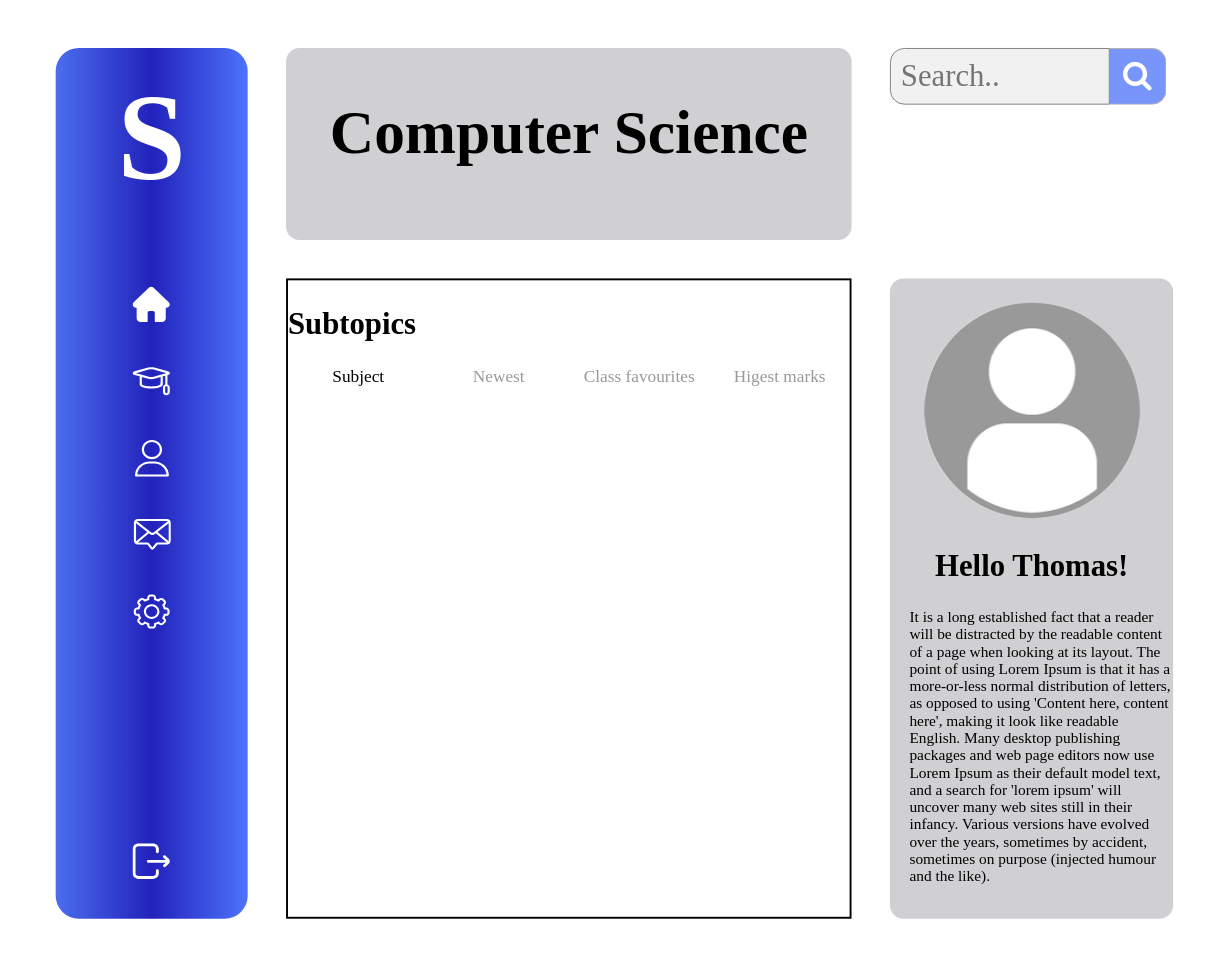
Repository: rafalzacher1/smartify-interface
Page: topics.html
An editor plug-in stored every save of this project. The page is shown before and after a run of saves, followed by the edit.
The browser window is 1280 px wide. The pictures show the whole page, at 96% of full size.
Some web fonts or font styles are not loaded; a fallback is used.

Above is the page before, as saved 2022-06-30 17:55:54.

### topics.html
<!DOCTYPE html>
<html lang="en">

<head>
    <link rel="stylesheet" href="./styles/home.css">
    <link rel="stylesheet" href="./styles/navigation.css">
    <link rel="stylesheet" href="./styles/search.css">
    <link rel="stylesheet" href="./styles/topics.css">
    <link rel="stylesheet" href="./styles/topic-header.css">
    <link rel="stylesheet" href="./styles/topic-teacher.css">
    <link rel="stylesheet" href="https://cdnjs.cloudflare.com/ajax/libs/font-awesome/4.7.0/css/font-awesome.min.css">
    <link href='https://fonts.googleapis.com/css?family=Baloo Bhai' rel='stylesheet'>
</head>

<body>
    <div id="main-container">
        <div id="navigation-container">
            <h1>S</h1>

            <nav id="navigation-options">
                <svg width="27" height="25" viewBox="0 0 27 25" fill="none" xmlns="http://www.w3.org/2000/svg"
                    onclick="document.location='./index.html'">
                    <path
                        d="M25.5018 10.9867C25.5012 10.9862 25.5006 10.9856 25.5 10.985L14.8668 0.890976C14.4135 0.460518 13.8109 0.223389 13.17 0.223389C12.529 0.223389 11.9264 0.460329 11.473 0.890787L0.845318 10.9797C0.841738 10.9831 0.838158 10.9867 0.834579 10.9901C-0.0961545 11.8788 -0.0945635 13.3206 0.839153 14.207C1.26574 14.6122 1.82915 14.8469 2.43154 14.8714C2.456 14.8737 2.48066 14.8748 2.50552 14.8748H2.92932V22.3034C2.92932 23.7734 4.1892 24.9694 5.73803 24.9694H9.89809C10.3197 24.9694 10.6618 24.6449 10.6618 24.2444V18.4204C10.6618 17.7496 11.2365 17.204 11.9431 17.204H14.3968C15.1034 17.204 15.6782 17.7496 15.6782 18.4204V24.2444C15.6782 24.6449 16.02 24.9694 16.4419 24.9694H20.6019C22.1508 24.9694 23.4106 23.7734 23.4106 22.3034V14.8748H23.8036C24.4444 14.8748 25.047 14.6379 25.5006 14.2074C26.4353 13.3195 26.4357 11.8752 25.5018 10.9867V10.9867Z"
                        fill="white" />
                </svg>

                <svg width="29" height="22" viewBox="0 0 29 22" fill="none" xmlns="http://www.w3.org/2000/svg">
                    <path
                        d="M26.4228 13.5237V6.40629L26.734 6.31764C27.9305 5.97676 28.1816 5.39965 28.1816 4.97552C28.1816 4.55139 27.9304 3.97428 26.734 3.63356L16.4958 0.717713C15.8653 0.538127 15.0388 0.43924 14.1689 0.43924C13.299 0.43924 12.4726 0.538127 11.8419 0.717713L1.60382 3.63356C0.407257 3.97428 0.156067 4.55139 0.156067 4.97557C0.156067 5.3997 0.407202 5.97686 1.60376 6.31769L5.43281 7.4082V13.2841C5.43281 14.0138 5.93239 15.0416 8.31243 15.7947C9.88887 16.2936 11.9687 16.5683 14.1688 16.5683C16.3689 16.5683 18.4487 16.2936 20.0252 15.7947C22.4053 15.0415 22.9049 14.0138 22.9049 13.2841V7.40825L24.7806 6.87402V13.5237C23.7595 13.8501 23.0217 14.767 23.0217 15.8451V19.1846C23.0217 20.5351 24.179 21.6338 25.6017 21.6338C27.0242 21.6338 28.1816 20.5351 28.1816 19.1846V15.8451C28.1817 14.767 27.4439 13.8501 26.4228 13.5237ZM12.3137 2.21089C12.7886 2.07563 13.4647 1.9981 14.1689 1.9981C14.873 1.9981 15.5492 2.07563 16.024 2.21084L25.7315 4.97557L21.8438 6.08282C21.8416 6.08349 21.8394 6.08406 21.8372 6.08474L16.024 7.74036C15.5493 7.87556 14.8731 7.95309 14.169 7.95309C13.4649 7.95309 12.7886 7.87556 12.3138 7.74036L6.50073 6.08474C6.49849 6.08406 6.4963 6.08349 6.49405 6.08282L2.60639 4.97557L12.3137 2.21089ZM21.2629 11.2372C21.2629 13.3846 20.9647 13.8541 19.506 14.3157C18.0926 14.763 16.1971 15.0093 14.1689 15.0093C12.1406 15.0093 10.2452 14.763 8.83178 14.3157C7.37313 13.8541 7.07493 13.3845 7.07493 13.2841V7.87582L11.842 9.23348C12.4726 9.41307 13.299 9.51196 14.1689 9.51196C15.0388 9.51196 15.8652 9.41307 16.4959 9.23348L21.2629 7.87582V11.2372ZM26.5395 19.1845C26.5395 19.6754 26.1188 20.0748 25.6017 20.0748C25.0846 20.0748 24.6639 19.6755 24.6639 19.1845V15.845C24.6639 15.3541 25.0846 14.9546 25.6017 14.9546C26.1189 14.9546 26.5395 15.3541 26.5395 15.845V19.1845Z"
                        fill="white" />
                </svg>

                <svg width="24" height="26" viewBox="0 0 24 26" fill="none" xmlns="http://www.w3.org/2000/svg">
                    <path
                        d="M12.1698 0.827911C8.37379 0.827911 5.28546 3.75975 5.28546 7.36343C5.28546 10.9671 8.37379 13.899 12.1698 13.899C15.9659 13.899 19.0542 10.9671 19.0542 7.36343C19.0542 3.75975 15.9659 0.827911 12.1698 0.827911ZM12.1698 12.4466C9.21735 12.4466 6.81532 10.1663 6.81532 7.36343C6.81532 4.56057 9.21735 2.28025 12.1698 2.28025C15.1223 2.28025 17.5243 4.56057 17.5243 7.36343C17.5243 10.1663 15.1223 12.4466 12.1698 12.4466Z"
                        fill="white" />
                    <path
                        d="M20.7353 18.1686C18.8505 16.3518 16.3519 15.3513 13.6997 15.3513H10.64C7.98784 15.3513 5.48917 16.3518 3.60439 18.1686C1.72883 19.9765 0.695923 22.3628 0.695923 24.8883C0.695923 25.2894 1.03841 25.6145 1.46085 25.6145H22.8789C23.3013 25.6145 23.6438 25.2894 23.6438 24.8883C23.6438 22.3628 22.6109 19.9765 20.7353 18.1686ZM2.25944 24.1621C2.64267 20.043 6.25497 16.8036 10.64 16.8036H13.6997C18.0848 16.8036 21.6971 20.043 22.0803 24.1621H2.25944Z"
                        fill="white" />
                </svg>


                <svg width="27" height="23" viewBox="0 0 27 23" fill="none" xmlns="http://www.w3.org/2000/svg">
                    <path
                        d="M24.1913 0.381134H3.77551C2.23533 0.381134 0.9823 1.57067 0.9823 3.0328V15.7608C0.9823 17.223 2.23533 18.4125 3.77551 18.4125H10.353C10.4332 18.4125 10.5096 18.4491 10.5573 18.5105L12.957 21.5991C13.1975 21.9087 13.5678 22.0872 13.9729 22.089H13.979C14.3819 22.089 14.7514 21.9139 14.9937 21.608L17.4479 18.5087C17.4956 18.4484 17.5715 18.4124 17.6509 18.4124H24.1913C25.7315 18.4124 26.9845 17.2229 26.9845 15.7608V3.03276C26.9845 1.57063 25.7315 0.381134 24.1913 0.381134ZM25.4609 15.7608C25.4609 15.8747 25.4439 15.9848 25.4127 16.0892L17.5863 9.57636L25.4609 3.37251V15.7608ZM24.1913 1.8275C24.4235 1.8275 24.6413 1.88728 24.8287 1.99108L14.7964 9.8948C14.3265 10.265 13.6446 10.265 13.1747 9.8948L3.14064 1.98969C3.32753 1.88675 3.54433 1.8275 3.77551 1.8275H24.1913ZM2.55416 16.0892C2.52293 15.9848 2.50587 15.8747 2.50587 15.7608V3.36913L10.3826 9.57457L2.55416 16.0892ZM16.2301 17.6396L13.9808 20.4801L11.7834 17.6519C11.4498 17.2225 10.915 16.9661 10.3529 16.9661H3.81172L11.5698 10.5099L12.2017 11.0078C12.7186 11.415 13.3519 11.6185 13.9855 11.6185C14.6189 11.6185 15.2525 11.4148 15.7693 11.0078L16.399 10.5117L24.155 16.9661H17.6509C17.0952 16.9661 16.5641 17.2178 16.2301 17.6396Z"
                        fill="white" />
                </svg>

                <svg width="28" height="25" viewBox="0 0 28 25" fill="none" xmlns="http://www.w3.org/2000/svg">
                    <path
                        d="M14.8013 24.9227H13.1654C11.8422 24.9227 10.7657 23.9008 10.7657 22.6447V22.1193C10.2032 21.9486 9.65665 21.7333 9.13159 21.4753L8.73937 21.8477C7.7894 22.7506 6.2677 22.7241 5.34533 21.8473L4.18907 20.7497C3.26507 19.8735 3.23849 18.4294 4.18937 17.5277L4.58129 17.1556C4.30958 16.6571 4.08276 16.1384 3.90299 15.6043H3.34958C2.02648 15.6043 0.949951 14.5823 0.949951 13.3262V11.7731C0.949951 10.517 2.02648 9.4951 3.34963 9.4951H3.90304C4.08281 8.96103 4.30963 8.44223 4.58134 7.94378L4.18912 7.57148C3.2388 6.67028 3.26502 5.22602 4.18942 4.34942L5.34579 3.2517C6.2703 2.37283 7.79164 2.35089 8.73978 3.25199L9.13165 3.624C9.6567 3.3661 10.2032 3.15073 10.7658 2.98007V2.4547C10.7658 1.1986 11.8422 0.176666 13.1654 0.176666H14.8014C16.1245 0.176666 17.201 1.1986 17.201 2.4547V2.98012C17.7636 3.15073 18.3101 3.3661 18.8351 3.62405L19.2274 3.2517C20.1773 2.34876 21.699 2.37525 22.6214 3.25204L23.7777 4.34966C24.7017 5.22587 24.7283 6.66999 23.7774 7.57172L23.3854 7.94378C23.6572 8.44223 23.884 8.96098 24.0637 9.4951H24.6172C25.9403 9.4951 27.0168 10.517 27.0168 11.7731V13.3262C27.0168 14.5823 25.9403 15.6043 24.6172 15.6043H24.0637C23.884 16.1383 23.6572 16.6571 23.3854 17.1556L23.7777 17.5279C24.728 18.4291 24.7018 19.8734 23.7774 20.75L22.621 21.8477C21.6965 22.7266 20.1751 22.7485 19.227 21.8474L18.8351 21.4754C18.3101 21.7333 17.7636 21.9487 17.201 22.1193V22.6448C17.201 23.9008 16.1245 24.9227 14.8013 24.9227V24.9227ZM9.38692 19.9527C10.1163 20.3622 10.9014 20.6716 11.7203 20.8722C12.0575 20.9548 12.2931 21.2436 12.2931 21.5742V22.6447C12.2931 23.1013 12.6845 23.4727 13.1654 23.4727H14.8014C15.2824 23.4727 15.6737 23.1013 15.6737 22.6447V21.5742C15.6737 21.2436 15.9093 20.9548 16.2466 20.8722C17.0655 20.6716 17.8505 20.3622 18.5799 19.9527C18.8801 19.7842 19.2621 19.8301 19.5087 20.0641L20.3074 20.8224C20.6518 21.1497 21.2048 21.1421 21.5407 20.8227L22.6978 19.7243C23.0329 19.4066 23.0441 18.8815 22.6981 18.5535L21.899 17.7949C21.6525 17.5609 21.6042 17.1981 21.7817 16.9133C22.213 16.2208 22.5389 15.4756 22.7502 14.6981C22.8373 14.378 23.1414 14.1544 23.4897 14.1544H24.6172C25.0982 14.1544 25.4895 13.7829 25.4895 13.3263V11.7732C25.4895 11.3166 25.0982 10.9451 24.6172 10.9451H23.4897C23.1414 10.9451 22.8373 10.7214 22.7502 10.4013C22.5389 9.6239 22.213 8.87862 21.7817 8.18622C21.6042 7.90135 21.6525 7.53857 21.899 7.30454L22.6978 6.54626C23.0431 6.21886 23.0341 5.69397 22.6981 5.37541L21.5411 4.27707C21.2058 3.95827 20.6527 3.94894 20.3078 4.27678L19.5088 5.03535C19.2622 5.26942 18.88 5.31524 18.58 5.14675C17.8506 4.73724 17.0655 4.42786 16.2466 4.22724C15.9094 4.14464 15.6738 3.8559 15.6738 3.52526V2.4547C15.6738 1.99811 15.2824 1.62663 14.8014 1.62663H13.1655C12.6845 1.62663 12.2932 1.99811 12.2932 2.4547V3.52516C12.2932 3.8558 12.0576 4.14454 11.7203 4.22714C10.9014 4.42777 10.1164 4.73714 9.38697 5.14666C9.08679 5.3151 8.7047 5.26928 8.45818 5.03525L7.65948 4.27697C7.31511 3.94966 6.76205 3.95725 6.42619 4.27663L5.26911 5.37503C4.93401 5.69276 4.92281 6.21779 5.26881 6.54587L6.06787 7.30445C6.31438 7.53847 6.36265 7.90125 6.18522 8.18612C5.75385 8.87852 5.42801 9.62381 5.21667 10.4012C5.12961 10.7214 4.82547 10.945 4.47723 10.945H3.34963C2.86867 10.9451 2.47731 11.3165 2.47731 11.7731V13.3262C2.47731 13.7828 2.86867 14.1543 3.34963 14.1543H4.47718C4.82547 14.1543 5.12956 14.378 5.21662 14.6981C5.42796 15.4755 5.75385 16.2208 6.18517 16.9132C6.3626 17.1981 6.31433 17.5609 6.06782 17.7949L5.26906 18.5532C4.92378 18.8806 4.93279 19.4055 5.26876 19.724L6.42573 20.8224C6.76109 21.1412 7.31419 21.1505 7.65907 20.8226L8.45808 20.0641C8.63974 19.8917 9.01765 19.7454 9.38692 19.9527V19.9527Z"
                        fill="white" />
                    <path
                        d="M13.9834 17.9339C10.856 17.9339 8.31177 15.5185 8.31177 12.5497C8.31177 9.58082 10.856 7.16547 13.9834 7.16547C17.1107 7.16547 19.6549 9.58082 19.6549 12.5497C19.6549 15.5185 17.1107 17.9339 13.9834 17.9339ZM13.9834 8.61543C11.6982 8.61543 9.83912 10.3803 9.83912 12.5497C9.83912 14.719 11.6982 16.4839 13.9834 16.4839C16.2685 16.4839 18.1276 14.719 18.1276 12.5497C18.1276 10.3803 16.2685 8.61543 13.9834 8.61543Z"
                        fill="white" />
                </svg>


                <svg id="logout" width="27" height="26" viewBox="0 0 27 26" fill="none"
                    xmlns="http://www.w3.org/2000/svg">
                    <path
                        d="M18.5379 19.6672V21.6084C18.5379 23.7492 16.7034 25.4907 14.4484 25.4907H4.1734C1.91837 25.4907 0.0838623 23.7492 0.0838623 21.6084V4.52618C0.0838623 2.38541 1.91837 0.64386 4.1734 0.64386H14.4484C16.7034 0.64386 18.5379 2.38541 18.5379 4.52618V6.46734C18.5379 7.00343 18.0802 7.43792 17.5155 7.43792C16.9508 7.43792 16.4932 7.00343 16.4932 6.46734V4.52618C16.4932 3.45589 15.5758 2.58502 14.4484 2.58502H4.1734C3.04598 2.58502 2.12863 3.45589 2.12863 4.52618V21.6084C2.12863 22.6787 3.04598 23.5495 4.1734 23.5495H14.4484C15.5758 23.5495 16.4932 22.6787 16.4932 21.6084V19.6672C16.4932 19.1311 16.9508 18.6966 17.5155 18.6966C18.0802 18.6966 18.5379 19.1311 18.5379 19.6672ZM25.5083 11.4L23.2189 9.22667C22.8196 8.84753 22.1722 8.84753 21.773 9.22667C21.3736 9.60561 21.3736 10.2202 21.773 10.5991L23.4014 12.1452H11.1256C10.5609 12.1452 10.1032 12.5797 10.1032 13.1158C10.1032 13.6519 10.5609 14.0864 11.1256 14.0864H23.4014L21.773 15.6325C21.3736 16.0114 21.3736 16.626 21.773 17.005C21.9727 17.1945 22.2343 17.2893 22.4959 17.2893C22.7577 17.2893 23.0192 17.1945 23.2189 17.005L25.5083 14.8316C26.5049 13.8854 26.5049 12.3462 25.5083 11.4Z"
                        fill="white" />
                </svg>
            </nav>
        </div>

        <div id="search-container">
            <form class="example" action="/action_page.php" style="margin:auto;max-width:300px">
                <input type="text" placeholder="Search.." name="search2">
                <button type="submit"><i class="fa fa-search"></i></button>
            </form>
        </div>

        <div id="topic-header-container">
            <h1>Computer Science</h1>
        </div>

        <div id="topics-container">
            <div>
                <h2>Subtopics</h2>

                <div id="topic-options">
                    <button id="subject-option" class="topic-option" onclick="showSubjectTests()">Subject</button>
                    <button id="newest-option" class="topic-option" onclick="showNewstTests()"
                        style="opacity: 0.4;">Newest</button>
                    <button id="favourites-option" class="topic-option" onclick="showFavorites()"
                        style="opacity: 0.4;">Class favourites</button>
                    <button id="highest-marks-option" class="topic-option" onclick="showHighestMarks()"
                        style="opacity: 0.4;">Higest marks</button>
                </div>

            </div>
        </div>

        <div id="teacher-container">
            <div id="teacher-pic">
                <img src="./img/user.png">
            </div>

            <div>
                <h2>Hello Thomas!</h2>
                <p>It is a long established fact that a reader will be distracted by the readable content of a page when
                    looking at its layout. The point of using Lorem Ipsum is that it has a more-or-less normal
                    distribution of letters, as opposed to using 'Content here, content here', making it look like
                    readable English. Many desktop publishing packages and web page editors now use Lorem Ipsum as their
                    default model text, and a search for 'lorem ipsum' will uncover many web sites still in their
                    infancy. Various versions have evolved over the years, sometimes by accident, sometimes on purpose
                    (injected humour and the like).</p>
            </div>
        </div>
    </div>
</body>

<script src="./scripts/activeLinks.js">
</script>

</html>

### styles/home.css
#main-container {
    display: grid;
    grid-template-columns: 2fr 8fr 4fr;
    grid-template-rows: 200px 200px 200px;
    gap: 40px;
    margin: 50px;
}

### styles/navigation.css
#navigation-container {
  font-family: "Baloo Bhai";
  font-size: 26px;
  background: rgb(32, 80, 251);
  background: linear-gradient(
    90deg,
    rgba(30, 74, 233, 0.8) 0%,
    rgba(10, 10, 180, 0.9) 50%,
    rgba(32, 80, 251, 0.8) 100%
  );
  border-radius: 24px;
  width: 200px;
  height: 100%;
  text-align: center;
  display: inline-block;
  grid-column: 1;
  grid-row: 1 / 5;
}

#navigation-container h1 {
  font-family: "Baloo Bhai";
  font-size: 128px;
  color: #ffffff;
  margin: 0;
  padding-top: 20px;
  padding-bottom: 60px;
}

#navigation-options svg {
  margin-left: auto;
  margin-right: auto;
  display: block;
  padding: 20px;
  height: 40px;
  width: 40px;
}

#navigation-options svg:hover {
  opacity: 0.4;
  cursor: pointer;
}

#logout {
  margin-top: 180px;
  margin-bottom: 20px;
}

### styles/search.css
#search-container {
  grid-column: 3;
  grid-row: 1;
}

#search-container h2 {
  font-family: "Baloo Bhai";
  font-size: 16px;
}

form.example input[type="text"] {
  padding: 10px;
  font-size: 17px;
  border: 1px solid grey;
  float: left;
  width: 70%;
  background: #f1f1f1;
  border-radius: 15px 0 0 15px;
  font-family: "Baloo Bhai";
  font-size: 32px;
}

form.example button {
  float: left;
  width: 20%;
  padding: 10px;
  background: #2050fb;
  opacity: 0.6;
  color: white;
  font-size: 17px;
  border: 1px solid grey;
  border-left: none;
  cursor: pointer;
  border-radius: 0 15px 15px 0;
  font-family: "Baloo Bhai";
  font-size: 32px;
  box-sizing: border-box;
}

form.example button:hover {
  opacity: 1;
}

form.example::after {
  content: "";
  clear: both;
  display: table;
}

### styles/topics.css
#topics-container {
  grid-column: 2;
  grid-row: 2 / 5;
  border: solid 2px black;
}

#topics-container h2 {
  font-family: "Baloo Bhai";
  font-size: 32px;
}

#topic-options {
  display: flex;
  justify-content: space-between;
  font-family: "Baloo Bhai";
  font-size: 16px;
}

.topic-option,
input[type="submit"],
input[type="reset"] {
  background: none;
  color: inherit;
  border: none;
  padding: 0;
  font: inherit;
  cursor: pointer;
  outline: inherit;
  width: 30%;
  font-family: "Baloo Bhai";
  font-size: 18px;
}

### styles/topic-header.css
#topic-header-container {
  grid-column: 2;
  grid-row: 1;
  background-color: #d0d0d3;
  border-radius: 14px;
}

#topic-header-container h1 {
  font-family: "Baloo Bhai";
  font-size: 64px;
  margin: 51px 0;
  text-align: center;
}

### styles/topic-teacher.css
#teacher-container {
  grid-column: 3;
  grid-row: 2 / 5;
  background-color: #d0d0d3;
  border-radius: 14px;
}

#teacher-container h2 {
    font-family: "Baloo Bhai";
    font-size: 32px;
    text-align: center;
  }

  #teacher-container p {
    font-family: "Baloo Bhai";
    font-size: 16px;
    margin-top: 0;
    padding-left: 20px;
  }

  #teacher-pic {
      text-align: center;
      margin-top: 25px;
  }

  #teacher-pic img {
      border-radius: 50%;
  }

### scripts/activeLinks.js
function showLearningHoursGraph() {
    document.getElementById("learning-hours-option").style.opacity = 1;
    document.getElementById("tests-option").style.opacity = 0.4;

    document.getElementById("learning-hours").style.display = "block";
    document.getElementById("tests").style.display = "none";
}

function showTestsGraph() {
    document.getElementById("learning-hours-option").style.opacity = 0.4;
    document.getElementById("tests-option").style.opacity = 1;

    document.getElementById("learning-hours").style.display = "none";
    document.getElementById("tests").style.display = "block";
}

function showSubjectTests() {
    document.getElementById("subject-option").style.opacity=1;

    document.getElementById("newest-option").style.opacity=0.4;
    document.getElementById("favourites-option").style.opacity=0.4;
    document.getElementById("highest-marks-option").style.opacity=0.4;
}

function showNewstTests() {
    document.getElementById("newest-option").style.opacity=1;

    document.getElementById("subject-option").style.opacity=0.4;
    document.getElementById("favourites-option").style.opacity=0.4;
    document.getElementById("highest-marks-option").style.opacity=0.4;
}

function showFavorites() {
    document.getElementById("favourites-option").style.opacity=1;

    document.getElementById("newest-option").style.opacity=0.4;
    document.getElementById("subject-option").style.opacity=0.4;
    document.getElementById("highest-marks-option").style.opacity=0.4;
}

function showHighestMarks() {
    document.getElementById("highest-marks-option").style.opacity=1;

    document.getElementById("newest-option").style.opacity=0.4;
    document.getElementById("favourites-option").style.opacity=0.4;
    document.getElementById("subject-option").style.opacity=0.4;
}

After the next 2 saves:
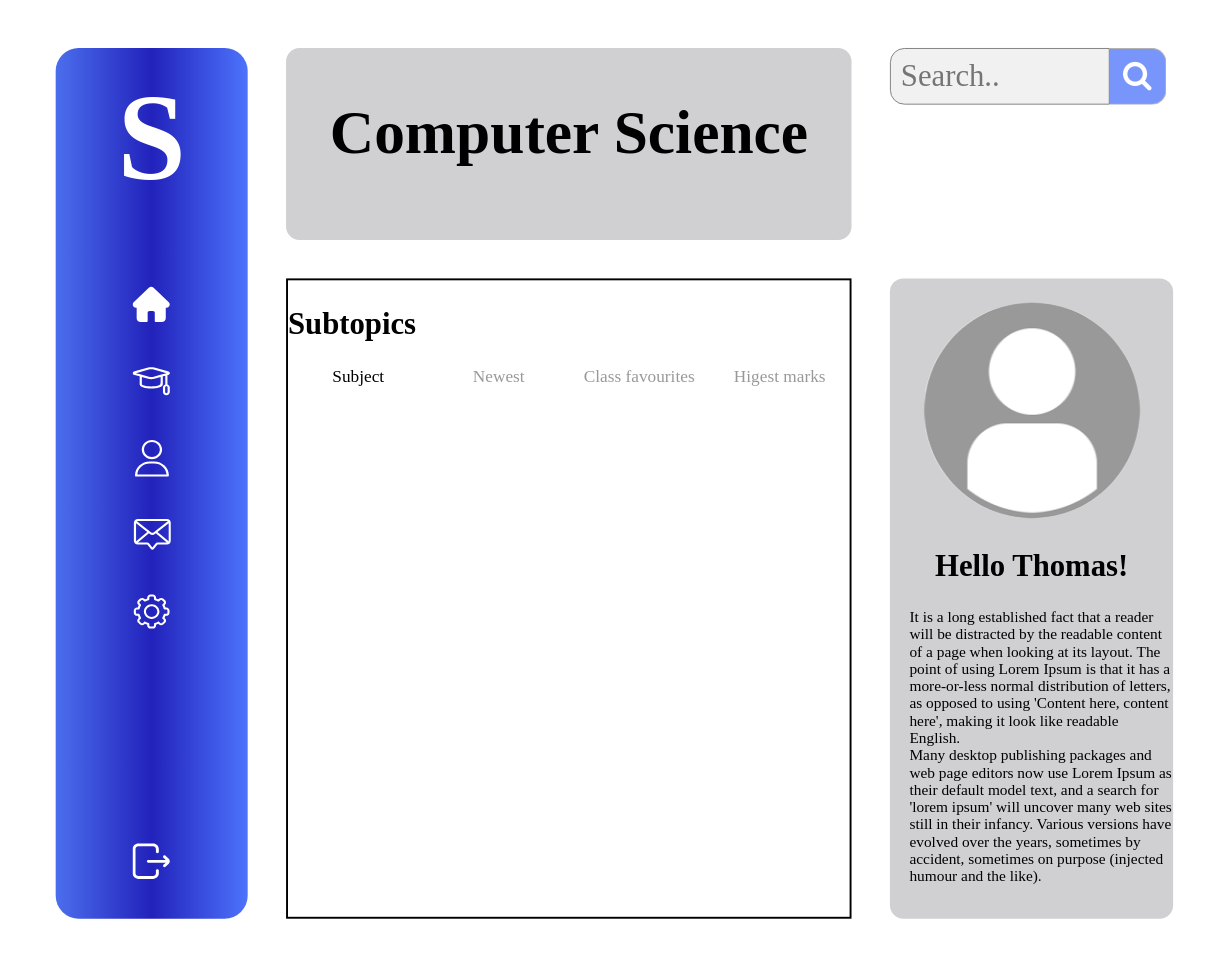
The 2 saves are shown as one change because they came seconds apart.
The last was saved 8 s later.
--- a/topics.html
+++ b/topics.html
@@ -104,7 +104,7 @@
                 <p>It is a long established fact that a reader will be distracted by the readable content of a page when
                     looking at its layout. The point of using Lorem Ipsum is that it has a more-or-less normal
                     distribution of letters, as opposed to using 'Content here, content here', making it look like
-                    readable English. Many desktop publishing packages and web page editors now use Lorem Ipsum as their
+                    readable English. <br /> Many desktop publishing packages and web page editors now use Lorem Ipsum as their
                     default model text, and a search for 'lorem ipsum' will uncover many web sites still in their
                     infancy. Various versions have evolved over the years, sometimes by accident, sometimes on purpose
                     (injected humour and the like).</p>
